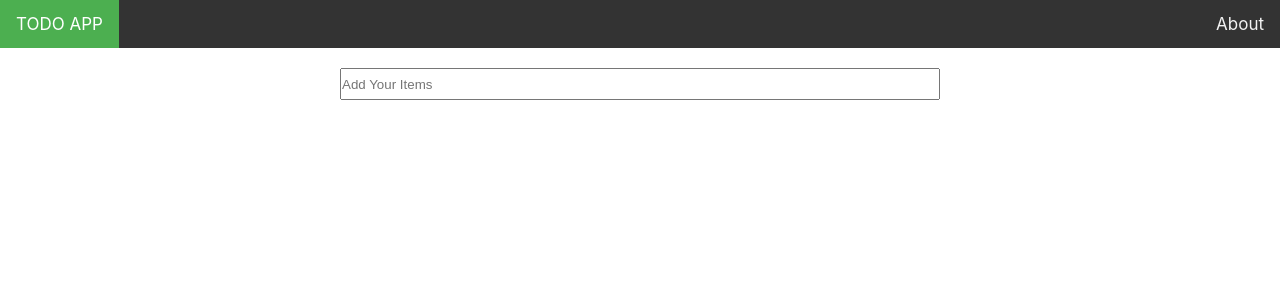
Repository: hoangphuong965/myTodoList
Page: /
The author's editor kept a copy of each file at every save. The page is drawn from the files as they stood at one save, then again after the next save.
The browser window is 1280 px wide. The pictures show the whole page.
The project was rebuilt for these pictures with package versions that can differ from the ones it lists, and the page was loaded fresh each time. Also part of the build but not shown: src/components/TodoItems.js.

Above is the page before, as saved 2020-06-01 14:48:20.

After the next save:
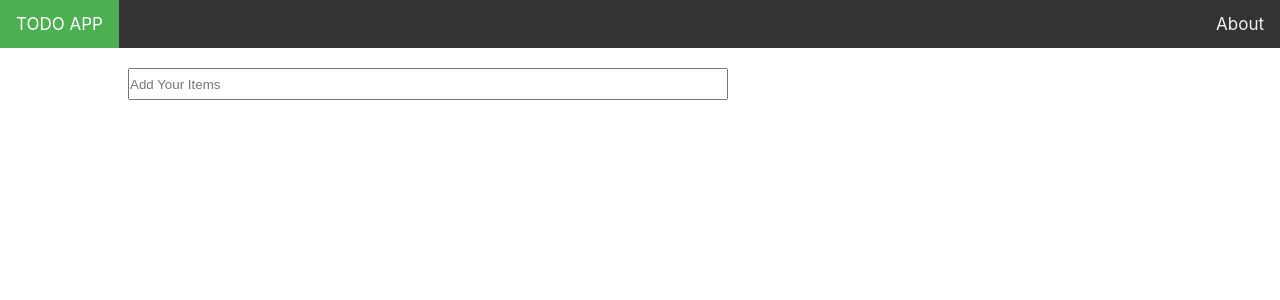
Saved 5 s later.
--- a/src/components/todo.css
+++ b/src/components/todo.css
@@ -37,5 +37,5 @@
 }
 span{
     position: absolute;
-
+    left: 10%;
 }

After the save that followed:
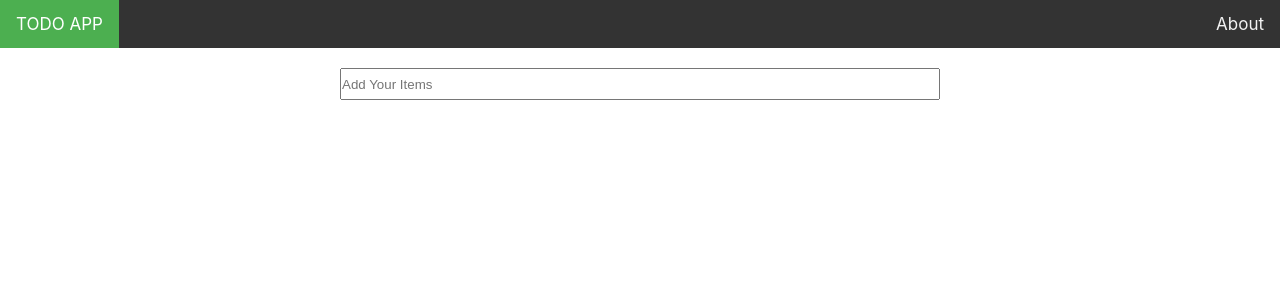
Saved 9 s later.
--- a/src/components/todo.css
+++ b/src/components/todo.css
@@ -32,10 +32,5 @@
 }
 
 .item_li-icon{
-    display: flex;
-    position: relative;
+
 }
-span{
-    position: absolute;
-    left: 10%;
-}
